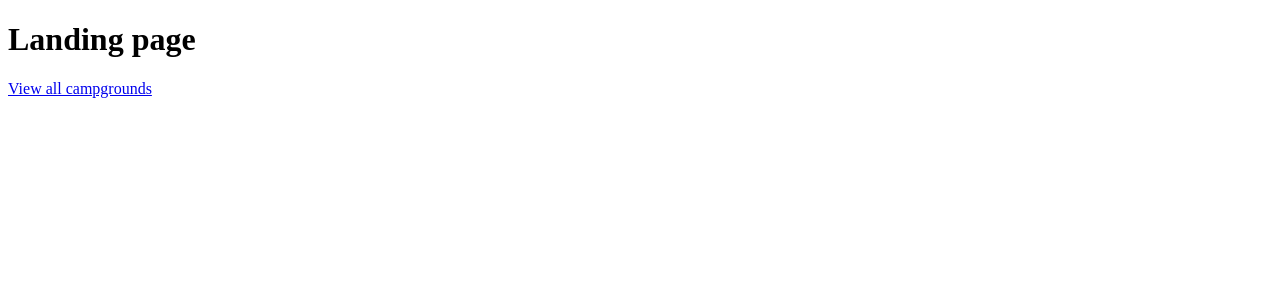
Repository: N-Verma/Webdev-Backend-
Page: http://localhost/
The author's editor kept a record of every edit. The page is drawn from the files as they stood at one moment, then again after the next edit.
The browser window is 1280 px wide. The pictures show the whole page.
The page is served by the project's Node server (YelpCamp/v1/app.js).

Above is the page before.

After the next edit:
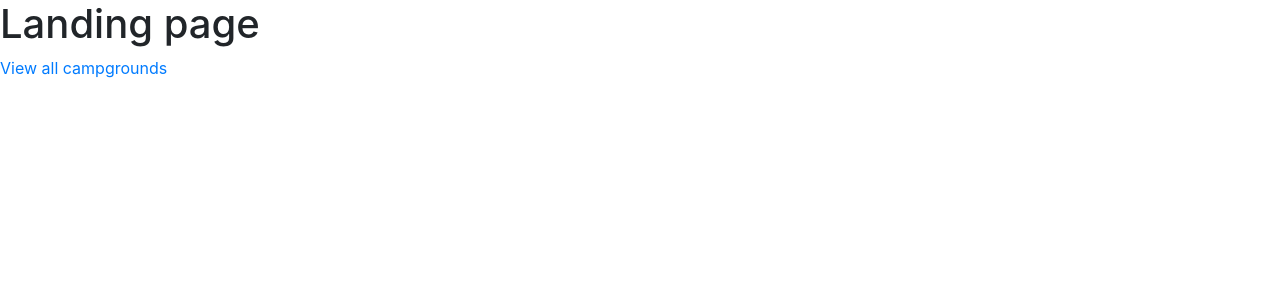
The edit:
--- a/Web dev (backend)/environment/YelpCamp/v1/views/partials/header.ejs
+++ b/Web dev (backend)/environment/YelpCamp/v1/views/partials/header.ejs
@@ -2,5 +2,6 @@
  <html>
      <head>
          <title>YelpCamp</title>
+         <link href="https://stackpath.bootstrapcdn.com/bootstrap/4.3.1/css/bootstrap.min.css" rel="stylesheet">
     </head>
     <body>
